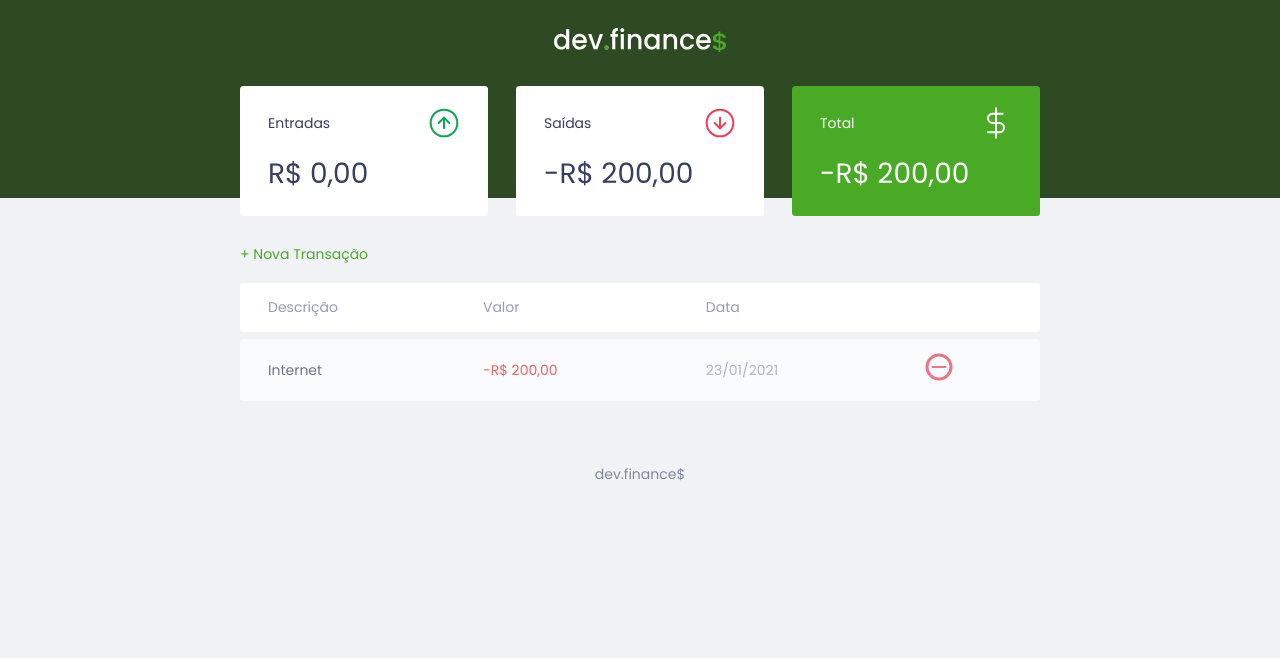
Repository: rafaelmgr12/maratona-dev01
Page: index.html
The author's editor kept a copy of each file at every save. The page is drawn from the files as they stood at one save, then again after a run of saves.
The browser window is 1280 px wide. The pictures show the whole page.

Above is the page before, as saved 2021-05-10 10:37:44.

After the next 2 saves:
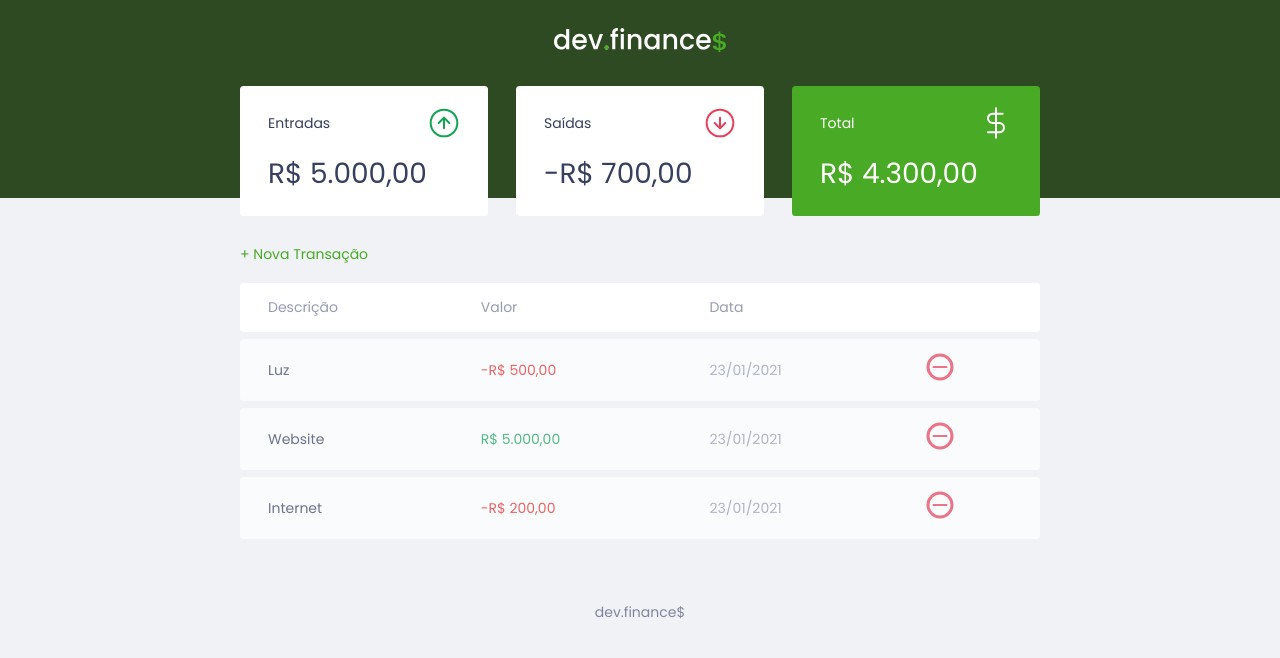
The 2 saves are shown as one change because they came seconds apart.
The last was saved 7 s later.
--- a/scripts.js
+++ b/scripts.js
@@ -154,6 +154,3 @@ const App = {
 };
 
 App.init();
-
-Transaction.remove(0)
-Transaction.remove(0)
